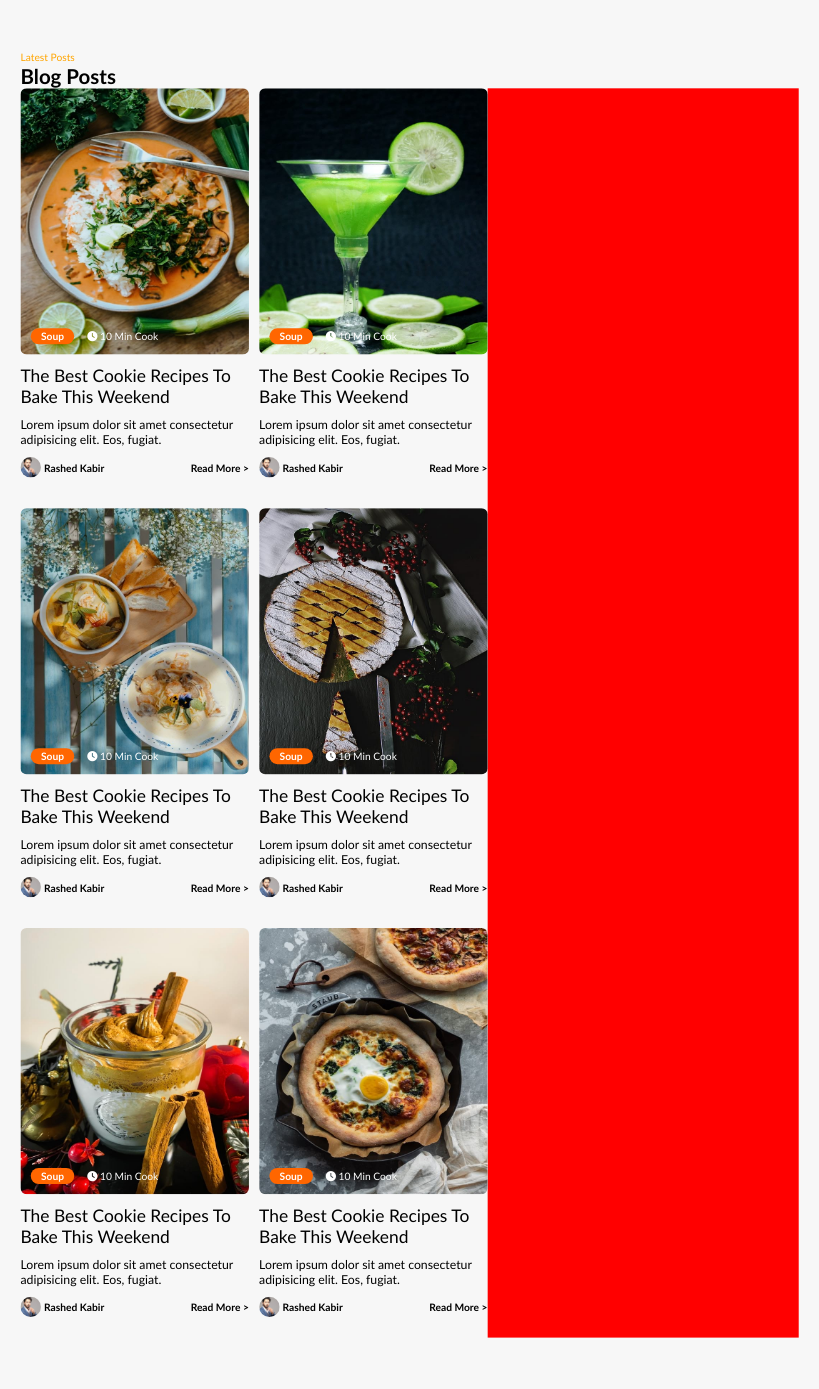
Repository: ngoctinvo/diner_project_cybersoft
Page: html/blog.html
These files come from the project's save history. The page is drawn as it stood at one moment and after the next save; the edit follows.
The browser window is 1280 px wide. The pictures show the whole page, at 64% of full size.
Some web libraries are served in a nearby version. The style sheet was rebuilt from its Sass, Less or Tailwind sources for each picture, by a compiler version that may differ from the author's.

Above is the page before, as saved 2022-04-19 10:30:12.

After the next save:
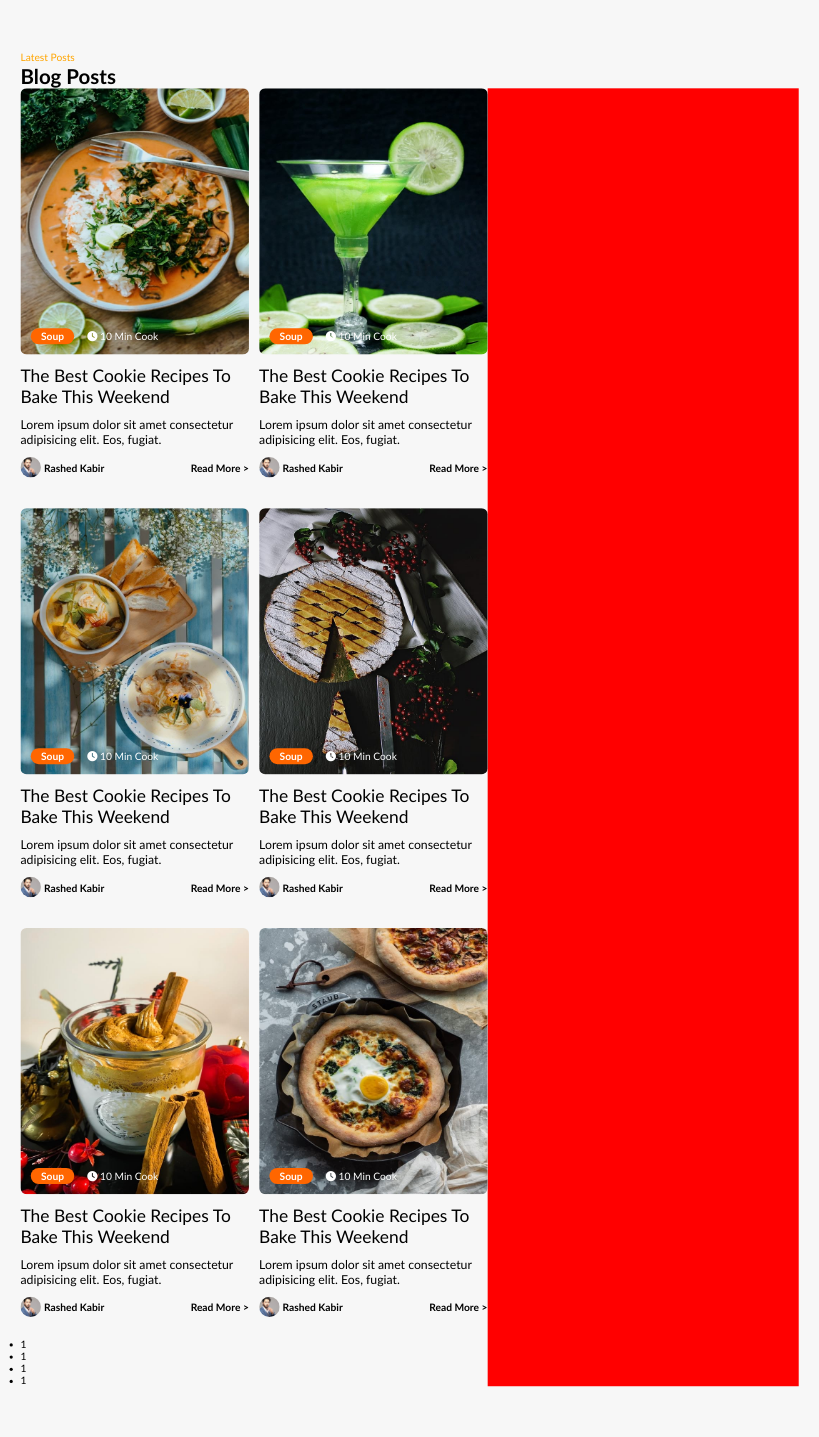
Saved 2 min 25 s later.
--- a/html/blog.html
+++ b/html/blog.html
@@ -167,7 +167,15 @@
                             </div>
                         </div>
                     </div>
-                    <div class="control-btn"></div>
+                    <div class="control-btn">
+                        <ul>
+                            <li><span>1</span></li>
+                            <li><span>1</span></li>
+                            <li><span>1</span></li>
+                            <li><span>1</span></li>
+
+                        </ul>
+                    </div>
                 </div>
                 <div class="right-posts">
                     <!-- <div class="right-container">
